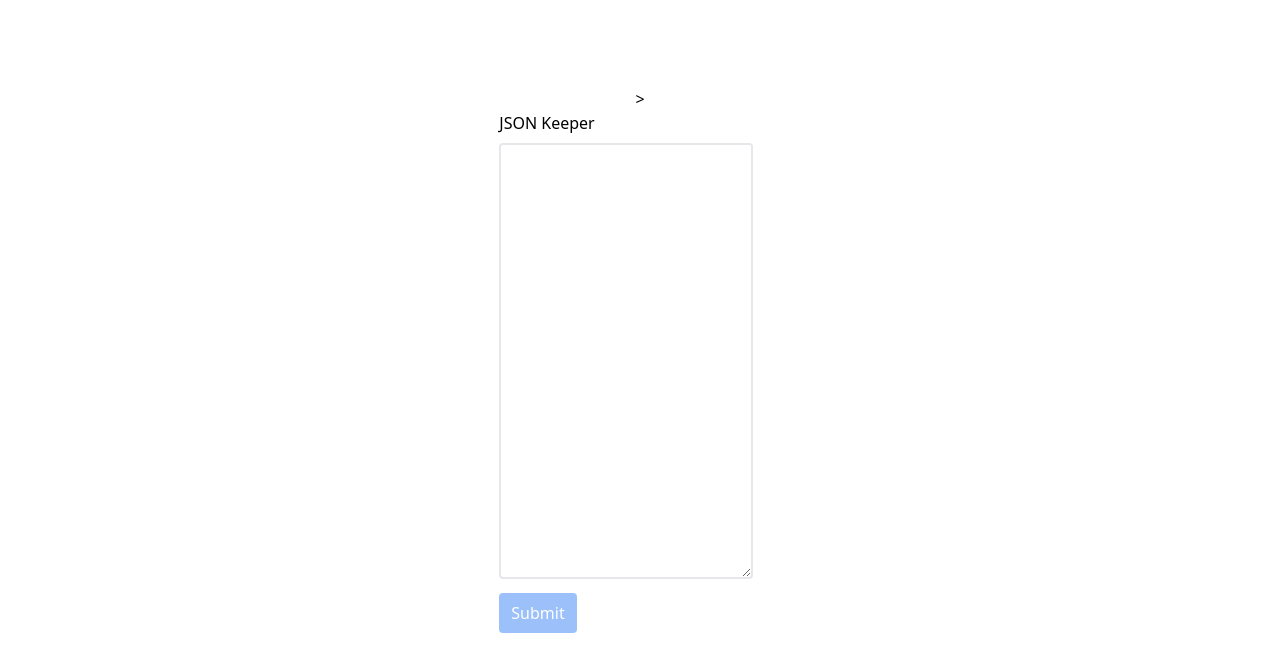
Repository: lakshithapramodya/jsonhub
Page: / (app in client/)
These files come from the project's save history. The page is drawn as it stood at one moment and after the next save; the edit follows.
The browser window is 1280 px wide. The pictures show the whole page.
The page's requests for data from a server got no answer. The project was rebuilt for these pictures with package versions that can differ from the ones it lists, and the page was loaded fresh each time. No one was signed in, and anything a server would have sent is missing. Also part of the build but not shown: client/src/HandleJsonData.js.

Above is the page before, as saved 2023-05-10 12:08:51.

After the next save:
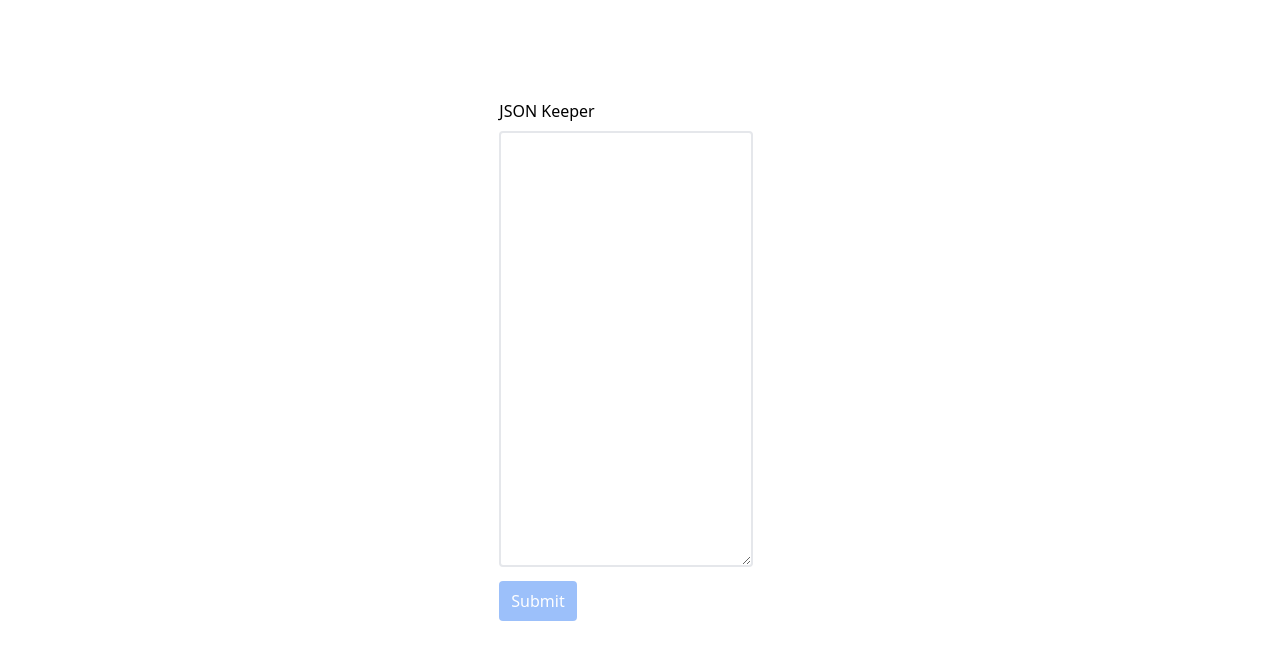
Saved 11 s later.
--- a/client/src/App.js
+++ b/client/src/App.js
@@ -41,7 +41,6 @@ function App() {
         <a href={`${SERVER_ENDPOINT}/${url}`}>{`${SERVER_ENDPOINT}/${url}`}</a>
       )}
       <div className="flex flex-col m-auto w-full md:w-1/2 items-center justify-center">
-        >
         <form onSubmit={handleSubmit} className="space-y-2">
           <h1 className="mr-auto">JSON Keeper</h1>
           <textarea
